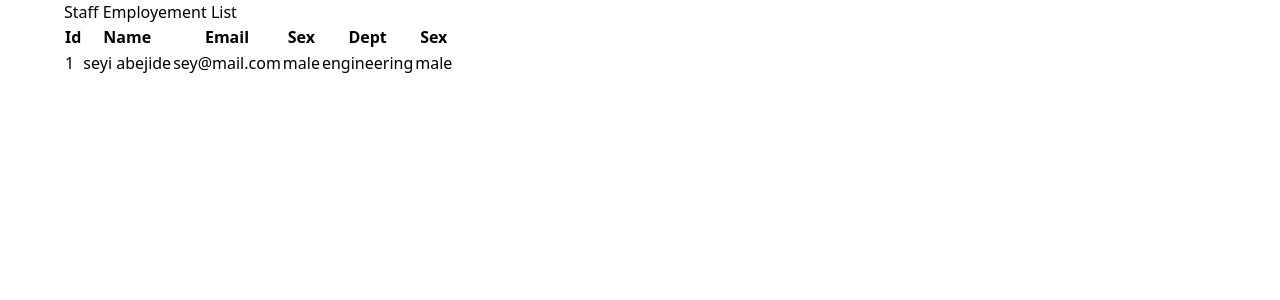
Repository: Semanmernstack/crud
Page: /
These files come from the project's save history. The page is drawn as it stood at one moment and after the next save; the edit follows.
The browser window is 1280 px wide. The pictures show the whole page.
The project was rebuilt for these pictures with package versions that can differ from the ones it lists, and the page was loaded fresh each time. Also part of the build but not shown: src/Details.js, src/Create.js, src/Edit.js.

Above is the page before, as saved 2022-12-23 03:03:59.

### src/App.js
import List from "./List";
import {
  BrowserRouter,
  Routes,
  Route,

} from "react-router-dom";
import Details from "./Details";
import Create from "./Create";
import Edit from "./Edit";



function App() {
  return (
    <div className="">
      <BrowserRouter>

      <Routes>
        <Route path="/" element={<List/>}> </Route>
        <Route path="/employee/create" element={<Create/>}> </Route>
        <Route path="/employee/details/:empid" element={<Details/>}> </Route>
        <Route path="/employee/edit/:empid" element={<Edit/>}> </Route>
      </Routes>
      </BrowserRouter>

    </div>
  );
}

export default App;

### src/List.js
import React from 'react'

function List() {
  return (
    <div className="max-w-6xl mx-auto  ">

        <p>Staff Employement List</p>

        <table className="table-auto border-spacing-4  " >
            <thead>
                <tr>
                    <th>Id</th>
                    <th>Name</th>
                    <th>Email</th>
                    <th>Sex</th>
                    <th>Dept</th>
                    <th>Sex</th>

                </tr>
            </thead>

            <tbody>
                <tr>
                    <td>1</td>
                    <td>seyi abejide</td>
                    <td>sey@mail.com</td>
                    <td>male</td>
                    <td>engineering</td>
                    <td>male</td>
                </tr>
            </tbody>
        </table>

    </div>
  )
}

export default List

Loaded but not shown: public/index.html (common file); src/index.js (common file); src/index.css (common file); src/reportWebVitals.js (common file); tailwind.config.js (common file)

After the next save:
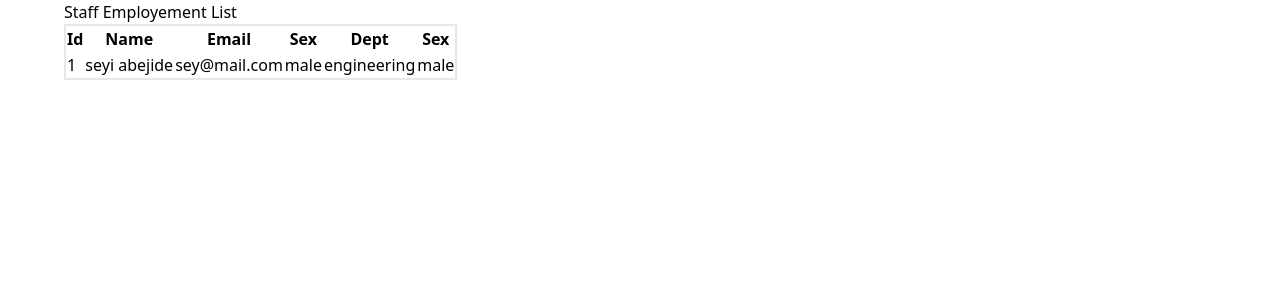
Saved 28 s later.
--- a/src/List.js
+++ b/src/List.js
@@ -6,7 +6,7 @@ function List() {
 
         <p>Staff Employement List</p>
 
-        <table className="table-auto border-spacing-4  " >
+        <table className="table-auto border-2  " >
             <thead>
                 <tr>
                     <th>Id</th>
